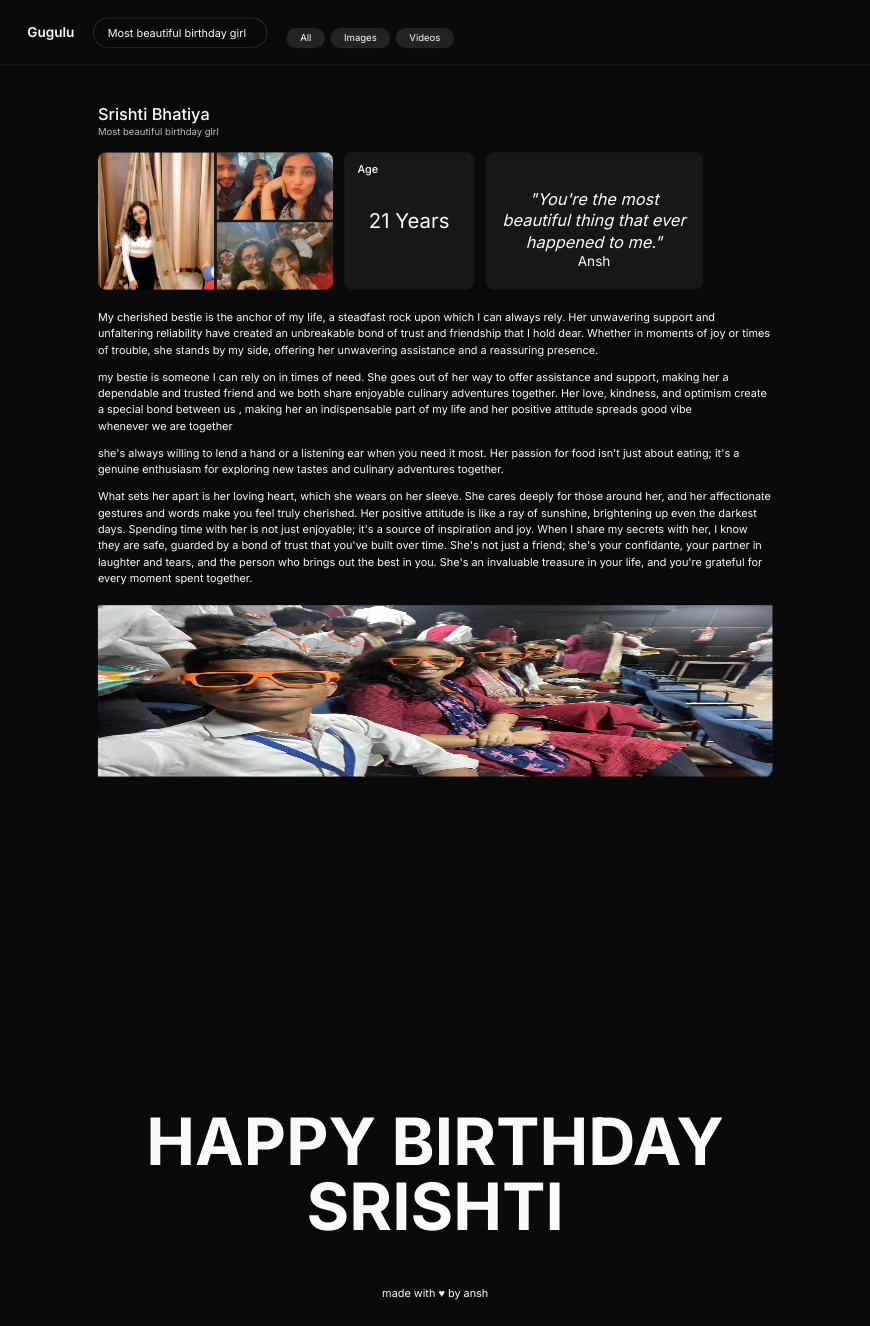
Repository: Harshgoel17/anshfinal
Page: /srishti
An editor plug-in stored every save of this project. The page is shown before and after the next save, followed by the edit.
The browser window is 1280 px wide. The pictures show the whole page, at 68% of full size.
The project was rebuilt for these pictures with package versions that can differ from the ones it lists, and the page was loaded fresh each time. The framework's server and built-in components were replaced by stand-ins that run in the browser. Also part of the build but not shown: next.config.js, lib/utils.js, components/ui/button.jsx.

Above is the page before, as saved 2023-10-06 18:23:31.

### app/layout.js
import "./globals.css";
import { Inter } from "next/font/google";

const inter = Inter({ subsets: ["latin"] });

export const metadata = {
  title: "Gugulu",
  description: "Generated by create next app",
};

export default function RootLayout({ children }) {
  return (
    <html lang="en">
      <body className={inter.className}>{children}</body>
    </html>
  );
}

### app/srishti/page.jsx
import Gallery from '@/components/Gallery'
import HappyBirthday from '@/components/HappyBirthday'
import Navbar from '@/components/Navbar'
import { Button } from '@/components/ui/button'
import React from 'react'

const page = () => {



  return (
    <div className='overflow-x-hidden'>
        <Navbar />
        <div className='py-8 lg:py-14 px-6 lg:px-36 gap-5 flex flex-col'>
            <div>
                <h1 className='text-2xl font-medium'>Srishti Bhatiya</h1>
                <p className='text-sm opacity-75'>Most beautiful birthday girl</p>
            </div>

            <div className='flex flex-col lg:flex-row items-center gap-4'>
                <div className='bg-neutral-900 w-[90vw] lg:w-[27vw] h-[28vh]  rounded-xl flex gap-1 overflow-hidden'>
                    <span className=' w-[50%] h-full relative overflow-hidden'>
                        <img src="images/84.jpg" alt="" className='absolute' />
                    </span>

                    <div className='flex flex-col gap-1 w-[50%] h-full overflow-hidden'>
                        <span className=' h-[50%] w-full relative overflow-hidden'>
                            <img src="images/71.jpg" alt="" className='absolute scale-[1.4]' />
                        </span>
                        <span className=' h-[50%] w-full relative overflow-hidden'>
                            <img src="images/33.jpg" alt="" className='absolute scale-[1.4]' />
                        </span>
                    </div>
                </div>

                <div className='bg-neutral-900 w-[92vw] lg:w-[15vw] lg:h-[28vh] h-[18vh]  rounded-xl flex gap-1 overflow-hidden items-center justify-center text-center px-5 lg:text-3xl text-2xl relative'>
                    <p className='absolute text-base top-3 left-5 font-medium'>Age</p>
                    <p>
                    21 Years
                    </p>
                </div>

                <div className='bg-neutral-900 lg:w-[25vw] h-[28vh]  rounded-xl flex gap-1 overflow-hidden items-center justify-center text-center px-5  relative'>
                        <p className='text-xl '><span className='italic text-2xl'>"You're the most beautiful thing that ever happened to me."</span>  <br /><span className='absolute bottom-7 left-[50%] translate-x-[-50%]'>
                        Ansh</span></p>
                </div>
            </div>

            <div className='text-lol py-2 flex flex-col gap-4'>
                <p>
                My cherished bestie is the anchor of my life, a steadfast rock upon which I can always rely. Her unwavering support and unfaltering reliability have created an unbreakable bond of trust and friendship that I hold dear. Whether in moments of joy or times of trouble, she stands by my side, offering her unwavering assistance and a reassuring presence.


                </p>

                <p>
                my bestie is someone I can rely on in times of need. She goes out of her way to offer assistance and support, making her a dependable and trusted friend and we both share enjoyable culinary adventures together. Her love, kindness, and optimism create a special bond between us , making her an indispensable part of my life and her positive attitude spreads good vibe whenever we are together


                </p>

                <p>
                she's always willing to lend a hand or a listening ear when you need it most. Her passion for food isn't just about eating; it's a genuine enthusiasm for exploring new tastes and culinary adventures together.



                </p>

                <p>
                What sets her apart is her loving heart, which she wears on her sleeve. She cares deeply for those around her, and her affectionate gestures and words make you feel truly cherished. Her positive attitude is like a ray of sunshine, brightening up even the darkest days. Spending time with her is not just enjoyable; it's a source of inspiration and joy.
When I share my secrets with her, I know they are safe, guarded by a bond of trust that you've built over time. She's not just a friend; she's your confidante, your partner in laughter and tears, and the person who brings out the best in you. She's an invaluable treasure in your life, and you're grateful for every moment spent together.
                </p>
            </div>

            <Gallery />

            <HappyBirthday />




            <div className='mt-12 mb-[-20px] text-center'>
                made with ♥ by ansh
            </div>
        </div>
    </div>
  )
}

export default page

### app/globals.css
@tailwind base;
@tailwind components;
@tailwind utilities;

@layer base {
  :root {
    --background: 0 0% 3.9%;
    --foreground: 0 0% 98%;

    --card: 0 0% 3.9%;
    --card-foreground: 0 0% 98%;

    --popover: 0 0% 3.9%;
    --popover-foreground: 0 0% 98%;

    --primary: 0 0% 98%;
    --primary-foreground: 0 0% 9%;

    --secondary: 0 0% 14.9%;
    --secondary-foreground: 0 0% 98%;

    --muted: 0 0% 14.9%;
    --muted-foreground: 0 0% 63.9%;

    --accent: 0 0% 14.9%;
    --accent-foreground: 0 0% 98%;

    --destructive: 0 62.8% 30.6%;
    --destructive-foreground: 0 0% 98%;

    --border: 0 0% 14.9%;
    --input: 0 0% 14.9%;
    --ring: 0 0% 83.1%;
  }

  .dark {
    --background: 0 0% 3.9%;
    --foreground: 0 0% 98%;

    --card: 0 0% 3.9%;
    --card-foreground: 0 0% 98%;

    --popover: 0 0% 3.9%;
    --popover-foreground: 0 0% 98%;

    --primary: 0 0% 98%;
    --primary-foreground: 0 0% 9%;

    --secondary: 0 0% 14.9%;
    --secondary-foreground: 0 0% 98%;

    --muted: 0 0% 14.9%;
    --muted-foreground: 0 0% 63.9%;

    --accent: 0 0% 14.9%;
    --accent-foreground: 0 0% 98%;

    --destructive: 0 62.8% 30.6%;
    --destructive-foreground: 0 0% 98%;

    --border: 0 0% 14.9%;
    --input: 0 0% 14.9%;
    --ring: 0 0% 83.1%;
  }
}

@layer base {
  * {
    @apply border-border;
  }
  body {
    @apply bg-background text-foreground;
  }
}

### components/Gallery.jsx
import React from 'react'

//34 33 25 79 50 89 36 13 38

const Gallery = () => {
  return (
    <div className='h-[100vh] max-h-[100vh] flex flex-col gap-2'>
        <div className='h-[35vh] flex gap-2'>
            <img src="images/34.jpg" alt="w-full" />
        </div>
    </div>
  )
}

export default Gallery

### components/HappyBirthday.jsx
import React from 'react'

const HappyBirthday = () => {
  return (
    <div className='text-6xl lg:text-8xl font-bold text-center'>
        HAPPY BIRTHDAY <span>SRISHTI</span>
    </div>
  )
}

export default HappyBirthday

### components/Navbar.jsx
import React from 'react'
import { Button } from "@/components/ui/button";

const Navbar = () => {
  return (
    <div className='flex h-32 lg:h-24 w-screen items-center justify-between border-b px-2 lg:px-10'>
        <div className='lg:flex-row flex-col lg:flex gap-7 items-center'>
            <h1 className='text-xl font-semibold hidden lg:block'>Gugulu</h1>
            <input type="text" className="bg-background border border-foreground/20 rounded-full h-11 w-[96vw] lg:w-[20vw] px-5" value={'Most beautiful birthday girl'}/>

            <div className='flex items-center justify-center mt-4 gap-2 text-sm'>
                <a href='/srishti' className='rounded-full bg-foreground/10 px-5 py-[5px] cursor-pointer'>All</a>
                <a href='/srishti/images' className='rounded-full bg-foreground/10 px-5 py-[5px] cursor-pointer'>Images</a>
                <a href='/srishti/videos' className='rounded-full bg-foreground/10 px-5 py-[5px] cursor-pointer'>Videos</a>
                {/*  */}
            </div>
        </div>
        {/* <div className='flex items-center gap-6'>
            <Button variant="outline" className="rounded-xl" >Sign In</Button>
        </div> */}
    </div>
  )
}

export default Navbar

Loaded but not shown: tailwind.config.js (common file)

After the next save:
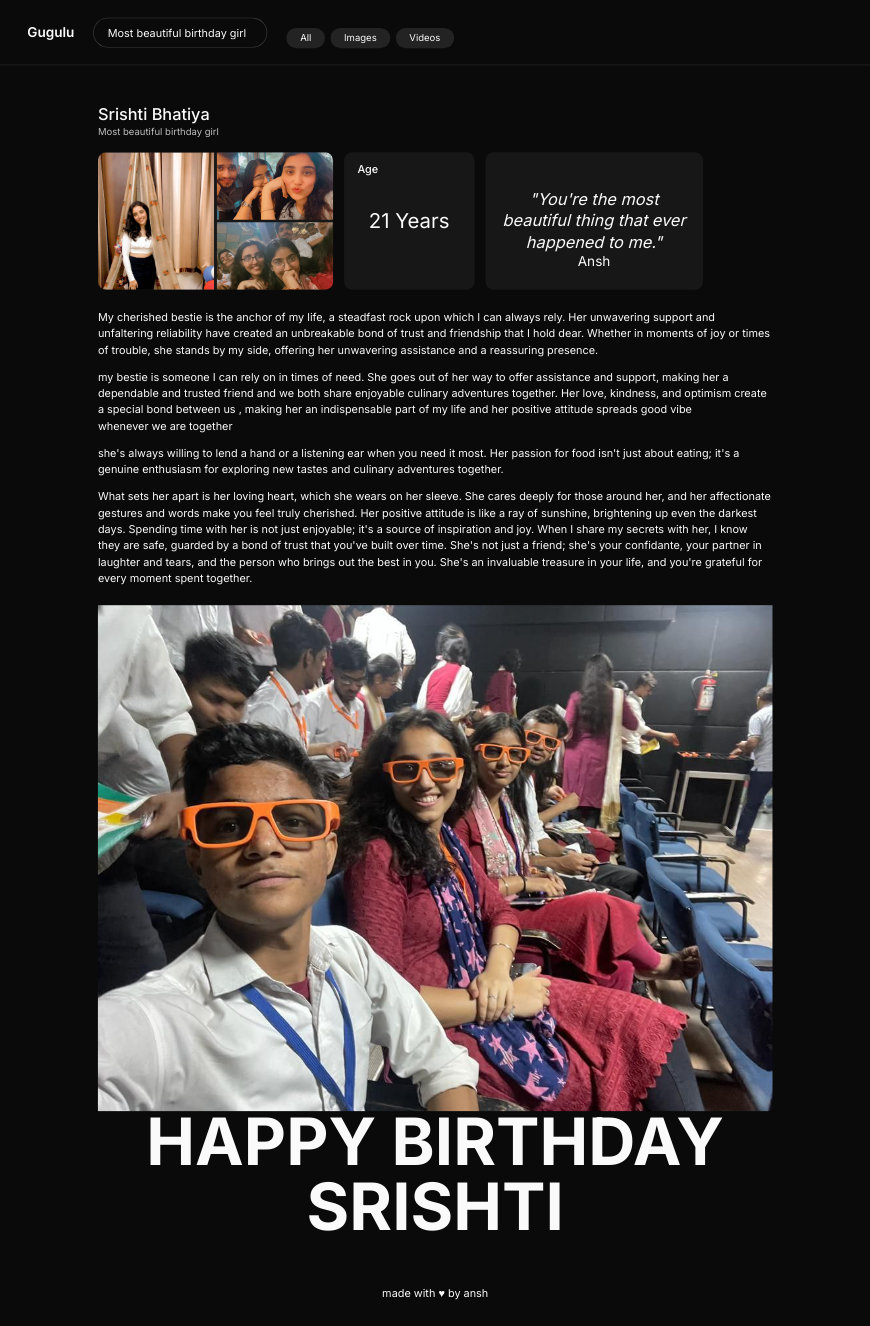
Saved 27 s later.
--- a/components/Gallery.jsx
+++ b/components/Gallery.jsx
@@ -6,7 +6,9 @@ const Gallery = () => {
   return (
     <div className='h-[100vh] max-h-[100vh] flex flex-col gap-2'>
         <div className='h-[35vh] flex gap-2'>
-            <img src="images/34.jpg" alt="w-full" />
+            <span className='w-full h-[20vh]'>
+                <img src="images/34.jpg" alt="w-full" />
+            </span>
         </div>
     </div>
   )
